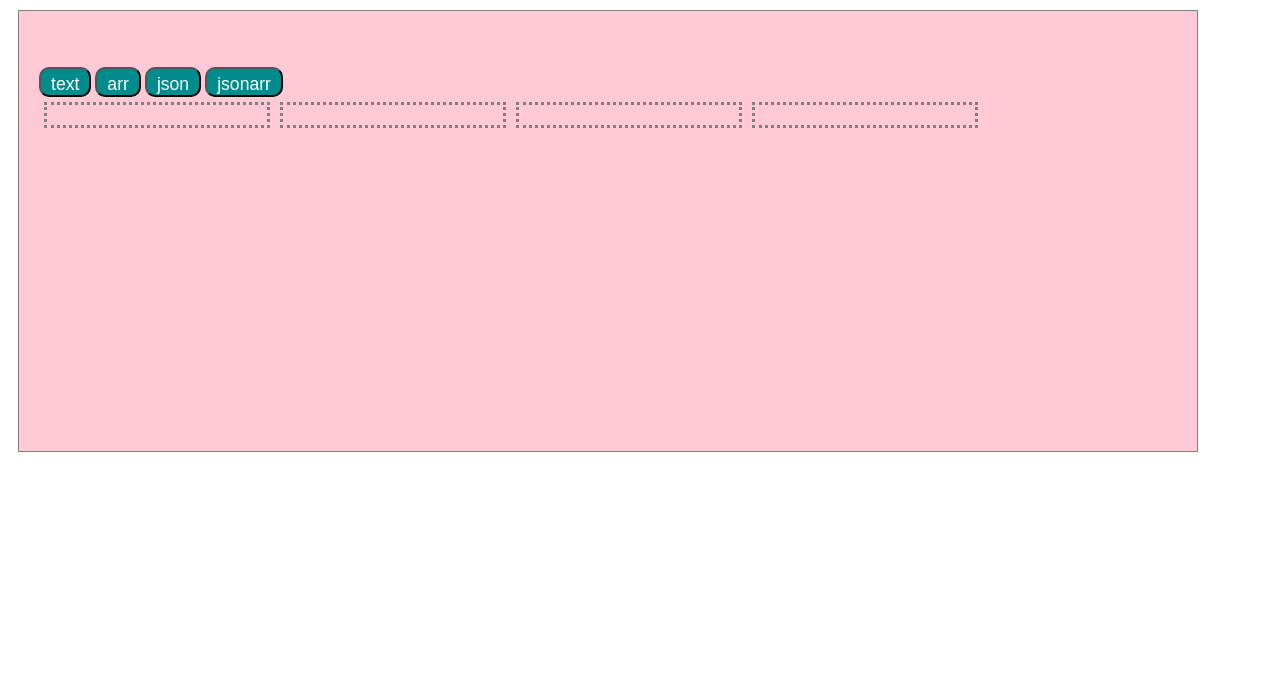
Repository: jeje0130/html
Page: jqpro/WebContent/0202/dataType.html
These files come from the project's save history. The page is drawn as it stood at one moment and after the next save; the edit follows.
The browser window is 1280 px wide. The pictures show the whole page.

Above is the page before, as saved 2021-02-02 02:16:09.

### jqpro/WebContent/0202/dataType.html
<!DOCTYPE html>
<html>
<head>
<meta charset="UTF-8">
<title>Insert title here</title>
<link rel = "stylesheet" href = "../css/public.css">
<script src="../js/jquery-3.5.1.min.js"></script>
<script>
$(function () {

	//request객체 생성
	xhr = new XMLHttpRequest();

	$('#text').on('click', function () {

		//요청
		xhr.open("get", "test.jsp", true);
		xhr.send();
		//응답
		xhr.onreadystatechange = function () {

			if(this.readyState == 4 && this.status == 200){
				res = this.responseText;
				//res = "홍길동/개나리/진달래/무궁화/동백/백일홍"
				code = res.split("/");

				vhtml = "<ul>";
				$.each(code, function (i) {
					//html += "<li>" + code[i] + "</li>";
					vhtml += `<li> ${code[i]} </li>`;
				})
				vhtml += "</ul>";
				$('#result1').html(vhtml);
			}
		}

	})


	$('#arr').on('click', function () {

		xhr.open("get", "arr.jsp", true);
		xhr.send();

		xhr.onreadystatechange = function () {
			if(this.readyState == 4 && this.status == 200){

				res = this.responseText;
				//res = ["홍길동","수선화","백일홍","라일락","벤자민"]
				//res를 JSON으로 변경
				res = JSON.parse(res);

				code = "<ol>";
				$.each(res, function (i) {
					code += "<li>" + res[i] + "</li>";
				})
				code += "</ol>";
				$('#result2').html(code);
			}
		}
	})

	$('#json').on('click', function () {

		//응답
		xhr.onreadystatechange = function () {

			if(this.readyState == 4 && this.status == 200){

				res = JSON.parse(this.responseText);

				code = ` 이름 : ${res.name} <br>`;
				code += ` 주소 : ${res.addr} <br>`;
				code += ` 전화번호 : ${res.tel} <br>`;
				code += ` 아이디 : ${res.id} <br>`;

				$('#result3').html(code);
			}
		}

		//요청
		xhr.open("get", "json.jsp", true);
		xhr.send();
	})


	$('#jsonarr').on('click', function () {


		xhr.onreadystatechange = function () {
			if(this.readyState == 4 && this.status == 200){
				res = JSON.parse(this.responseText);

				code = "";
				$.each(res, function (i, v) {

					code += `${i+1} 번째 회원 자료 <br>` ;
					code += ` 이름 : ${v.name} <br>`;
					code += ` 주소 : ${v.addr} <br>`;
					code += ` 전화번호 : ${v.tel} <br>`;
					code += ` 아이디 : ${v.id} <br><br>`;

				})
				$('#result4').html(code);


			}
		}
		xhr.open("get", "jsonarr.jsp", true);
		xhr.send();

	})
})
</script>
<style>
div.box{
	height: 400px;
}

.box div{
	width: 200px;
	margin: 5px;
	padding: 10px;
	float: left;
	overflow: auto;
}
</style>
</head>
<body>

<div class="box">

 <br><br>

<input id="text" type="button" value="text">
<input id="arr" type="button" value="arr">
<input id="json" type="button" value="json">
<input id="jsonarr" type="button" value="jsonarr">
<br>
<div id="result1"></div>
<div id="result2"></div>
<div id="result3"></div>
<div id="result4"></div>
</div>
</body>
</html>

### jqpro/WebContent/css/public.css
@charset "utf-8";

pre {
	background-color : #FFE3EE;
	font-size : 1.2em;
	white-space: pre-wrap; /* 우측 여백 고정, 넘치는 글자 줄바꿈 */

	/*
	pre : 공백은 그대로, 줄바꿈 X
	pre-wrap : 공백은 그대로, 줄바꿈 O
	pre-line : 공백을 여러개줘도 하나만 표시, 줄바꿈 O
	nowrap : 공백을 여러개줘도 하나만 표시, 줄바꿈 X
	 */
}

div.box{
	width : 90%;
	height: auto;
	margin: 10px;
	padding: 20px;
	border: 1px solid gray;
	background: #FFCAD5;
}

.box input[type = button]{
	width: auto;
	height: 30px;
	background: #008C8C;
	color : white;
	padding: 5px 10px;
	border-radius : 10px;
	font-size: 1.1em;
}

.box div{
	width : 80%;
	height: auto;
	padding: 10px;
	border: 3px dotted gray;
	margin: 20px;
}

Loaded but not shown: jqpro/WebContent/js/jquery-3.5.1.min.js (library)

After the next save:
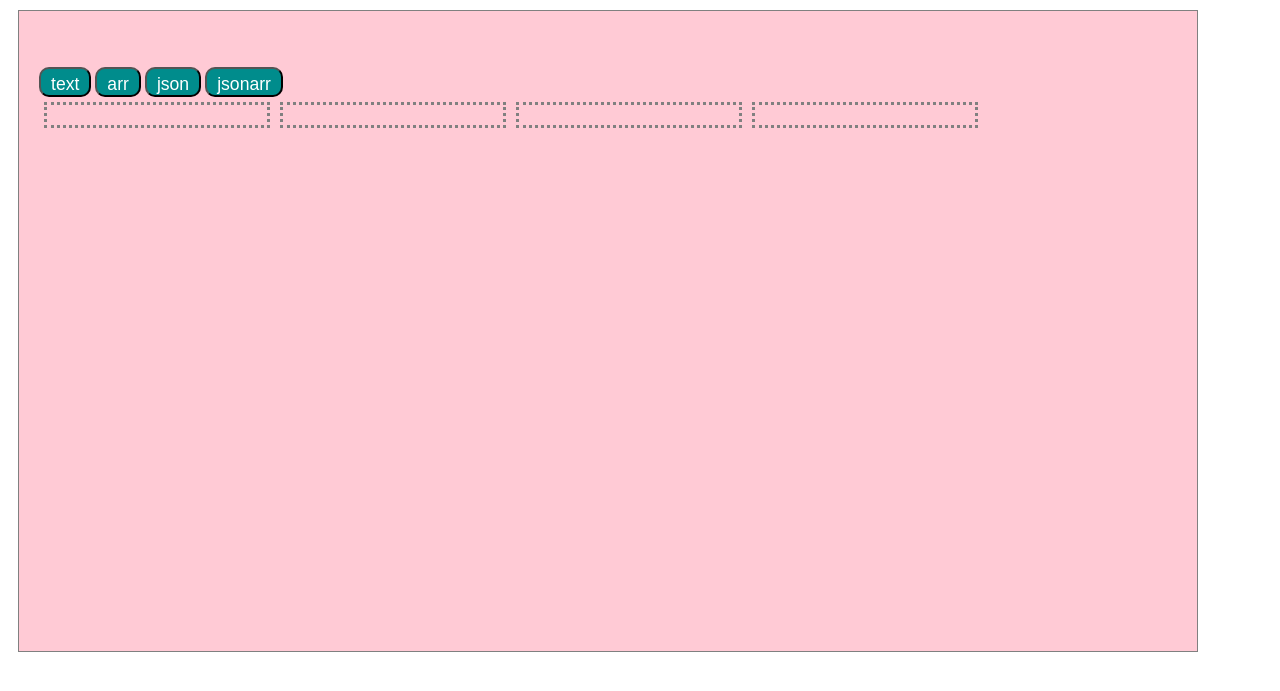
Saved 11 s later.
--- a/jqpro/WebContent/0202/dataType.html
+++ b/jqpro/WebContent/0202/dataType.html
@@ -114,7 +114,7 @@ $(function () {
 </script>
 <style>
 div.box{
-	height: 400px;
+	height: 600px;
 }
 
 .box div{
